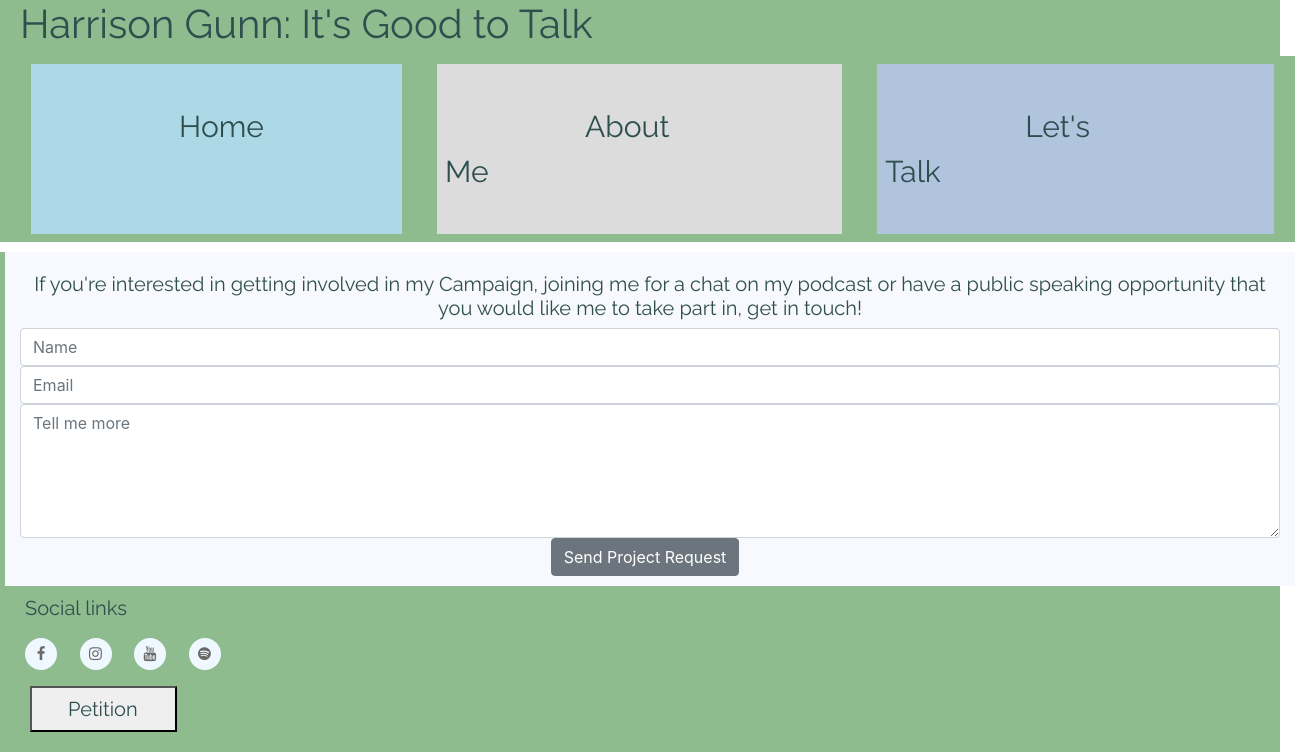
Repository: Leannald13/mile-stone-project-html
Page: contact.html
The author's editor kept a record of every edit. The page is drawn from the files as they stood at one moment, then again after the next edit.
The browser window is 1280 px wide. The page is 1295 px wide, so the pictures cover 1295 px, including what lies to the right of the window. The pictures show the part of the page from y = 500 to 1252 px (the page is 1252 px tall before and 1216 px after).

Above is the page before.

### contact.html
<!DOCTYPE html>
<html lang="en">

<head>
    <meta charset="UTF-8">
    <meta name="viewport" content="width=device-width, initial-scale=1.0">
    <meta http-equiv="X-UA-Compatible" content="ie=edge">
    <link rel="stylesheet" href="https://stackpath.bootstrapcdn.com/bootstrap/4.3.1/css/bootstrap.min.css" type="text/css" />
    <link rel="stylesheet" href="https://cdnjs.cloudflare.com/ajax/libs/hover.css/2.3.1/css/hover-min.css" type="text/css" />
    <link rel="stylesheet" href="https://stackpath.bootstrapcdn.com/font-awesome/4.7.0/css/font-awesome.min.css" type="text/css" />
    <link rel="stylesheet" href="assets/css/style.css" type="text/css" />
    <title>Harrison</title>
</head>

<body>
    <header>
        <div class="row">
            <a href="index.html" class="col-md-12 logo">

            </a>
        </div>

        <div class="container-fluid">
            <div class="row">
                <div class="col-sm-12">
                    <div class="row no-gutters bg-color-name">
                        <div class="col heading">
                            <h1 class="name">Harrison Gunn: It's Good to Talk</h1>
                        </div>
                    </div>
                </div>
                    <nav class="navbar navbar-expand-lg" class="modal" tabindex="-1" role="dialog" id="SignUpModal">
            <button class="navbar-toggler" type="button" data-toggle="collapse" data-target="#navbarSupportedContent" aria-controls="navbarSupportedContent" aria-expanded="false" aria-label="Toggle navigation">
                    <span class="navbar-toggler-icon"></span>
                  </button>
                     <div class="collapse navbar-collapse" id="navbarSupportedContent">
                        <ul class="navbar-nav mr-auto">
                            <li class="nav-item active ui-menu-color-home">
                                <a class="nav-link" href="index.html" class="hvr-Wobble-Horizontal"><span>Home</span></a>
                            </li>
                            <li class="nav-item active ui-menu-color-about">
                                <a class="nav-link" href="general.html" class="hvr-wobble-horizontal"><span>About Me</span></a>
                            </li>
                            <li class="nav-item active ui-menu-color-comments">
                                <a class="nav-link" href="contact.html" class="hvr-wobble-horizontal"><span>Let's Talk</span></a>
                            </li>
                        </ul>
                    </div
                    </nav>
    </header>
    <section class="container-fluid">
        <div class="row bg-color-contact">
            <div class="col">
                <h5 class="uppercase text-center">If you're interested in getting involved in my Campaign, joining me for a chat on my podcast or have a public speaking opportunity that you would like me to take part in, get in touch!</h5>
                <div class="center-form">
                    <form>
                        <form>
                            <input type="text" name="name" id="fullname" class="form-control" placeholder="Name" required/>
                             <input type="email" name="email" id="emailaddress" class="form-control" placeholder="Email" required/>
                             <textarea rows="5" name="summary" id="summary" class="form-control" placeholder="Tell me more" required></textarea>
                            <div class="form-row text-center">
                                <div class="col">
                                    <button type="submit" class="btn btn-secondary">Send Project Request</button>
                                </div>
                            </div>
                        </form>
                    </form>
                </div>
            </div>
        </div>
    <footer>
        <div class="container-fluid">
            <div class="col sm-12">
                <h5 class="uppercase general-sub">Social links</h5>
                <ul class="list-inline social-links">
                    <li class="list-inline-item">
                        <a target="_blank" href="https://www.facebook.com/harrison.gunn.16">
                           <i class="fa fa-facebook" aria-hidden="true"></i>
                           <span class="sr-only">Facebook</span>
                        </a>
                    </li>
                    <li class="list-inline-item">
                        <a target="_blank" href="https://www.instagram.com/harrisongunn_/">
                           <i class="fa fa-instagram" aria-hidden="true"></i>
                           <span class="sr-only">Instagram</span>
                        </a>
                    </li>
                    <li class="list-inline-item">
                        <a target="_blank" href="https://www.youtube.com/channel/UCEPhcVc_ooMeZwhF5X4OEYg">
                           <i class="fa fa-youtube" aria-hidden="true"></i>
                           <span class="sr-only">YouTube</span>
                           </a>
                    </li>
                    <li class="list-inline-item">
                        <a target="_blank" href="spotify:show:1azq4fgMCEafJTPjsGm6tL">
                           <i class="fa fa-spotify" aria-hidden="true"></i>
                           <span class="sr-only">Spotify</span>
                           </a>
                    </li>
            </div>
        </div>
        <button class="list-inline-item-button">
          <a class="navbar-brand" href="https://petition.parliament.uk/petitions/260373">Petition</a>
                        </button>
    </footer>
</body>

</html>

### assets/css/style.css
@import url('https://fonts.googleapis.com/css?family=Raleway&display=swap');


/* -------------------------------------------------------------Heading */

.logo {
    background: url("../images/haribo.jpg");
    background-position: center;
    background-repeat: no-repeat;
    background-size: cover;
    width: 100%;
    height: 500px;
    transition: all .5s;
    display: block;
}

.heading {
    background-color: #8fbc8f !important;
    width: 100%;

}


.bg-color-name {
    font-family: "Raleway", sans-serif;
    color: #2f4f4f;
    text-align: left;
    font-weight: 100;
    width: 100%;

}

.name {
    font-size: 40px;
    padding-left: 20px;
}

/* -------------------------------------------------------------nav bar */


.text-center {
    width: 100%;
}

.container-fluid {
    padding: 0;
    margin: 0;
    width: 100%;
    background-color: #8fbc8f;
}

.nav-link {
    font-size: 30px;
    color: #2f4f4f;
    padding: 40px;

}

.nav-link span {
    padding: 130px;
    text-align: center;
    margin-left: 10px;
}

.nav-item {
    margin-left: 30px;
}


.ui-menu-color-home {
    background-color: #ADD8E6;
    margin-right: 5px;
    font-family: "Raleway", sans-serif;
    color: #2f4f4f;
}

.ui-menu-color-about {
    background-color: #DCDCDC;
    margin-right: 5px;
     font-family: "Raleway", sans-serif;
    color: #2f4f4f;
}

.ui-menu-color-comments {
    background-color: #B0C4DE;
    margin-right: 5px;
    font-family: "Raleway", sans-serif;
    color: #2f4f4f;
}

.navbar-brand {
    padding-left: 30px;
    padding-right: 15px;
    font-family: "Raleway", sans-serif;
    color: #2f4f4f !important;
}


.navbar {
    background-color: #8fbc8f !important;

}



/* -------------------------------------------------------------Section Contact.html */

h5 {
    color: #2f4f4f;
    font-family: "Raleway", sans-serif;

}

.bg-color-contact {
    background-color: #F8F8FF;
    padding-top: 20px;
    padding-bottom: 10px;
    margin-top: 10px;
    margin-left: 5px;

}

/* -------------------------------------------------------------Section General.html */

/* -------------------------------------------------------------Footer */

footer {
    background-color: #8fbc8f;
    padding-bottom: 20px;
    width: 100%;

}

.social-links li a i {
    width: 32px;
    height: 32px;
    padding-top: 12px;
    border-radius: 50%;
    font-size: 15px;
    line-height: 7px;
    text-align: center;
    color: #696969 !important;
    background: #f0f8ff;
    background-position: center;
    transition: all 0.35s ease-in-out;
}

.general-sub {
    padding-top: 10px;
    color: #2f4f4f;
    padding-left: 10px;
    padding-bottom: 10px;
}

.list-inline-item {
    padding-left: 10px;
}

.fa fa-facebook {
    padding-left: 5px;
}

.list-inline-item-button {
    margin-left: 30px;
}

After the next edit:
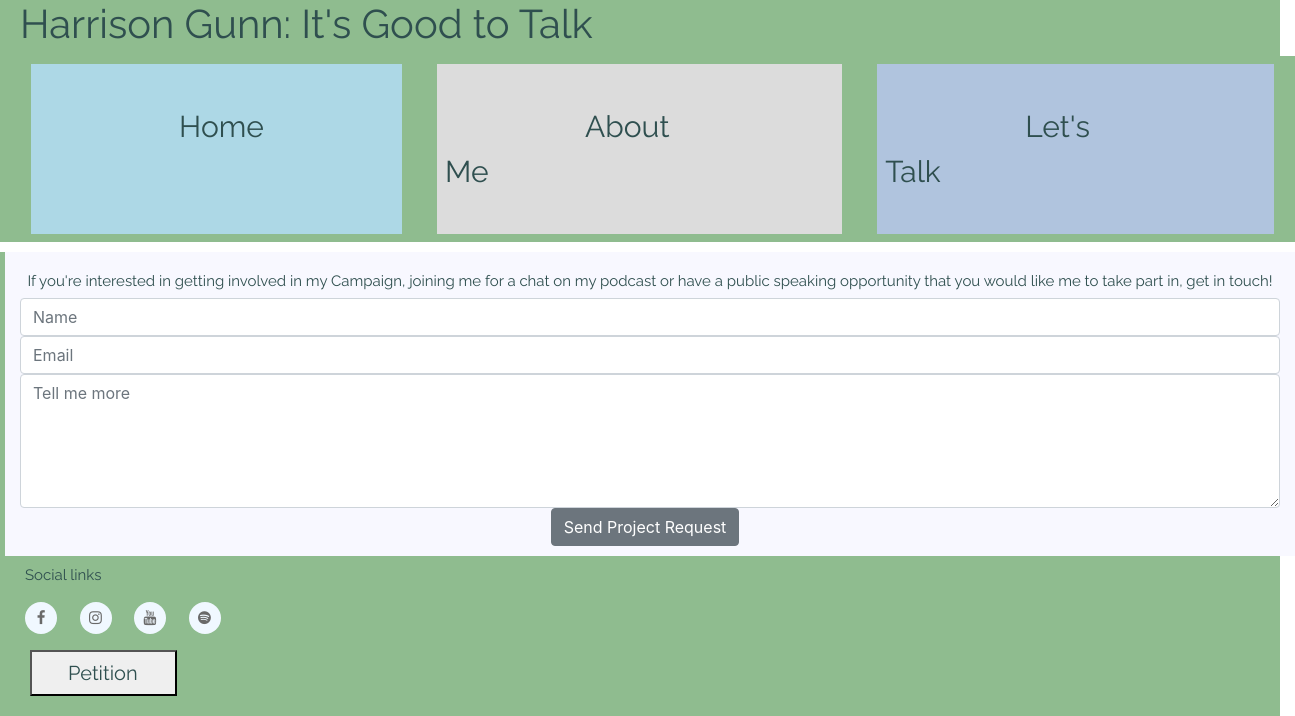
The edit:
--- a/assets/css/style.css
+++ b/assets/css/style.css
@@ -108,6 +108,8 @@
 h5 {
     color: #2f4f4f;
     font-family: "Raleway", sans-serif;
+    font-size: 15px;
+    font-weight: 400;
 
 }
 
